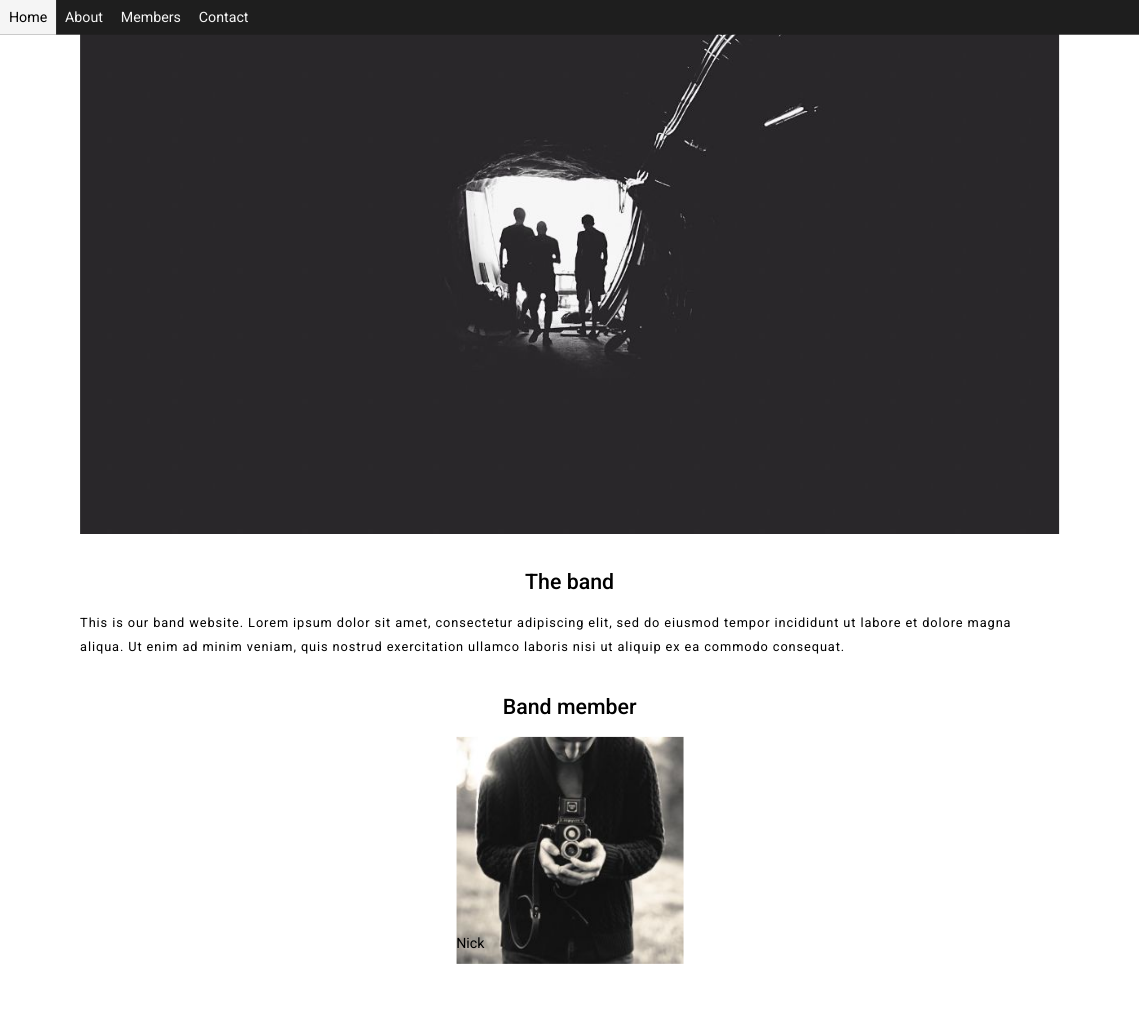
Repository: hieu-22/w3_band_UI
Page: index.html
These files come from the project's save history. The page is drawn as it stood at one moment and after the next save; the edit follows.
The browser window is 1280 px wide. The pictures show the whole page, at 89% of full size.

Above is the page before, as saved 2022-12-30 09:40:40.

### index.html
<!DOCTYPE html>
<html lang="en">
<head>
    <meta charset="UTF-8">
    <meta http-equiv="X-UA-Compatible" content="IE=edge">
    <meta name="viewport" content="width=device-width, initial-scale=1.0">
    <title>The band - by w3school</title>
    <link rel="stylesheet" href="assets/css/style.css">
    <link rel="preconnect" href="https://fonts.googleapis.com"><link rel="preconnect" href="https://fonts.gstatic.com" crossorigin><link href="https://fonts.googleapis.com/css2?family=Roboto:wght@100;300;400;500;700&display=swap" rel="stylesheet">
</head>
<body>
    <header class="header">
        <nav class="navigation-bar">
            <ul class="navigation-bar__list">
                <li class="navigation-bar__list-item">
                    Home
                </li>
                <li class="navigation-bar__list-item">
                    About
                </li>
                <li class="navigation-bar__list-item">
                    Members
                </li>
                <li class="navigation-bar__list-item">
                    Contact
                </li>
            </ul>
        </nav>
        <div class="banner"></div>
    </header>

    <main class="content">
        <div class="content__about">
            <h2 class="content__about-name">The band</h2>
            <p class="content__about-description"> This is our band website. Lorem ipsum dolor sit amet, consectetur adipiscing elit, sed do eiusmod tempor incididunt ut labore et dolore magna aliqua. Ut enim ad minim veniam, quis nostrud exercitation ullamco laboris nisi ut aliquip ex ea commodo consequat.
            </p>
        </div>
        <!-- end about -->

        <div class="content__members">
            <h2 class="content__members-header">Band member</h2>
            <div class="content__members-container">
                <div class="content__members-1">
                    <div class="content__members-img">
                        <img src="/assets/img/img_bandmember.jpg" alt="band members">
                    </div>
                    <p class="content__members-name">Nick</p>
                </div>
            </div>
        </div>
    </main>

    <footer>

    </footer>
</body>
</html>

### assets/css/style.css
* {
    box-sizing: border-box;
    padding: 0;
    margin: 0;

}

html {
    font-family: 'Roboto', sans-serif;
    font-size: 16px;
    width: 1100px;
    margin: auto;
}

.header {
    height: 600px;
}

.navigation-bar {
    position: absolute;
    top: 0;
    left: 0;
    width: 100%;
    background-color: rgb(30, 30, 30);
}

.navigation-bar__list {
    display: flex;
    justify-content: flex-start;
    align-items: center;
    border-radius: 2px;
    list-style-type: none;
}

.navigation-bar__list-item {
    padding: 10px;
    color: whitesmoke;
}
.navigation-bar__list-item:hover {
    background-color: whitesmoke;
    color: black;
    cursor: pointer;
}

.banner {
    height: 100%;
    width: auto;
    background-image: url('../img/img_la.jpg');
    background-size: cover;
}
/* main content */
.content__about {
    margin-top: 20px;
}

.content__about-name {
    font-weight: 500;
    text-align: center;
    padding: 20px 0;
}

.content__about-description {
    letter-spacing: 1px;
    line-height: 26px;
    font-size: 0.9rem;
}
/* end about */

.content__members {
    height: 400px;
    margin-top: 20px;
}
.content__members-header {
    font-weight: 500;
    text-align: center;
    width: 100%;
    padding: 20px 0;
}
.content__members-container {
    display: flex;
    justify-content: space-around;
}

.content__members-img {
    height: 80%;
}

After the next save:
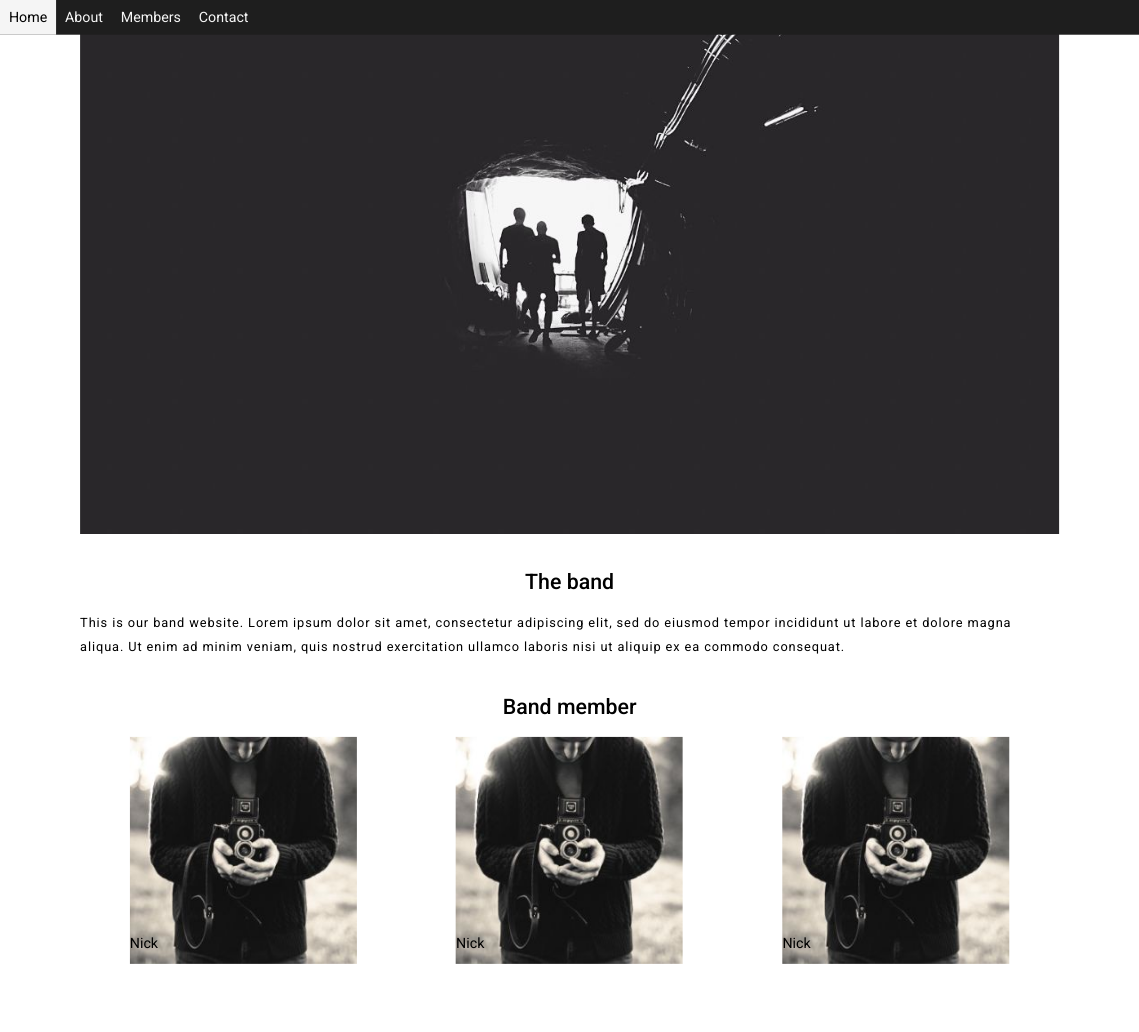
Saved 55 s later.
--- a/index.html
+++ b/index.html
@@ -46,6 +46,21 @@
                     </div>
                     <p class="content__members-name">Nick</p>
                 </div>
+                <!-- member1 -->
+                <div class="content__members-1">
+                    <div class="content__members-img">
+                        <img src="/assets/img/img_bandmember.jpg" alt="band members">
+                    </div>
+                    <p class="content__members-name">Nick</p>
+                </div>
+                <!-- member2 -->
+                <div class="content__members-1">
+                    <div class="content__members-img">
+                        <img src="/assets/img/img_bandmember.jpg" alt="band members">
+                    </div>
+                    <p class="content__members-name">Nick</p>
+                </div>
+                <!-- member3 -->
             </div>
         </div>
     </main>
